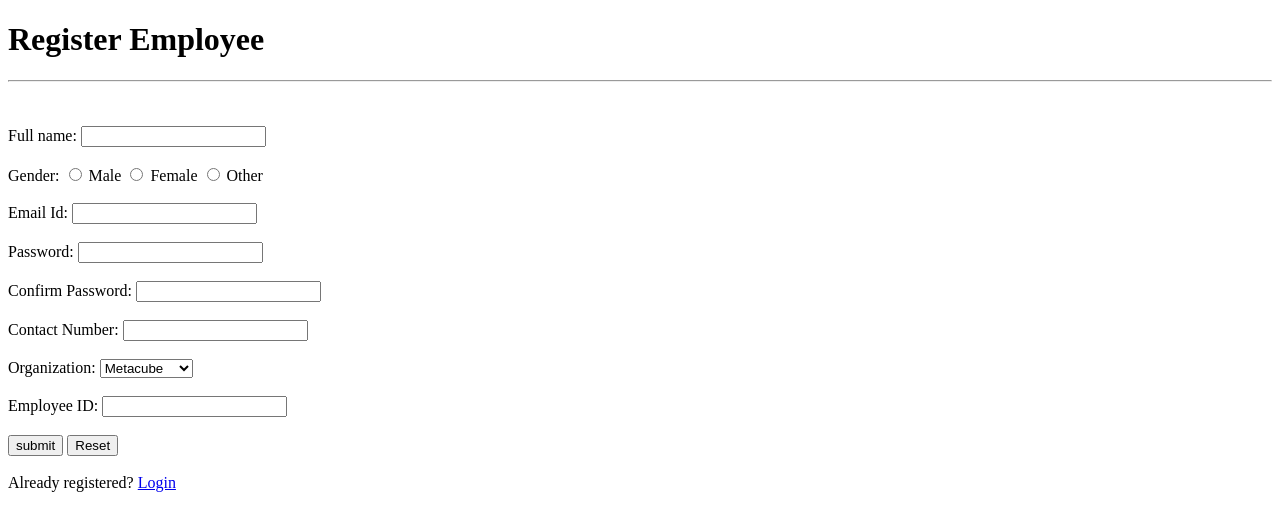
Repository: meta-rahul-dosi/GET2019
Page: EAD/Assignment-4/WebContent/registrationForm.html
The author's editor kept a copy of each file at every save. The page is drawn from the files as they stood at one save, then again after the next save.
The browser window is 1280 px wide. The pictures show the whole page.

Above is the page before, as saved 2019-09-04 13:59:27.

After the next save:
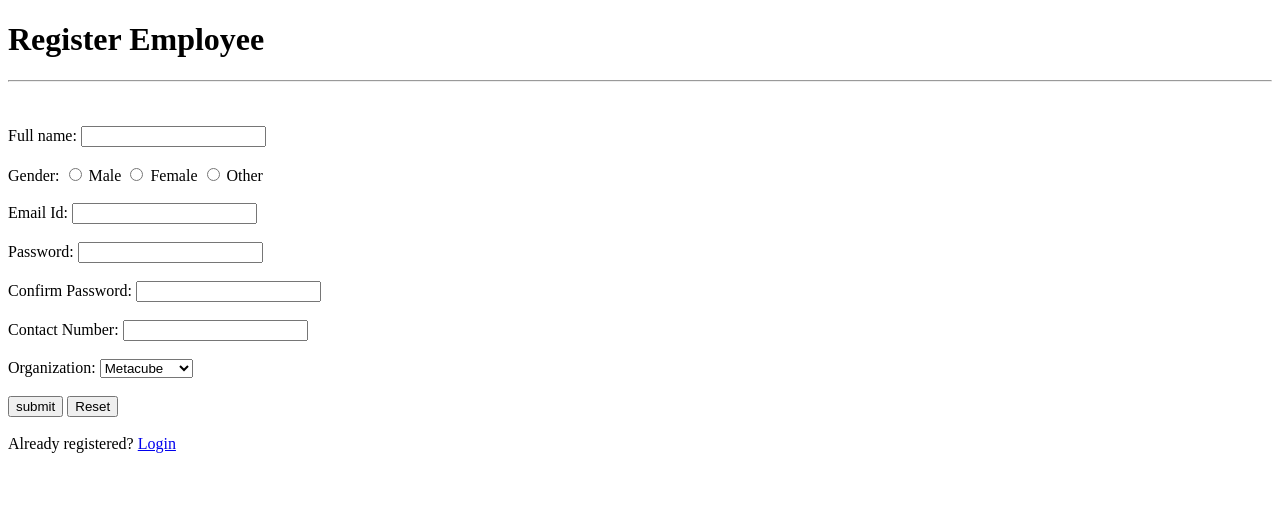
Saved 16 h 37 min later.
--- a/EAD/Assignment-4/WebContent/registrationForm.html
+++ b/EAD/Assignment-4/WebContent/registrationForm.html
@@ -38,9 +38,6 @@
                     	<option name = "Pratham" id = "Pratham" value="Pratham" >Pratham</option>
                 	</select><br><br>
 
-                	 Employee ID:
-                    <input type="text"   id="empID"  name="empID"   required/><br/><br/>
-
                     <input type="submit" value="submit" onclick="hideEmpDetail()"/>
                     <input type="reset"/><br/><br/>
 
